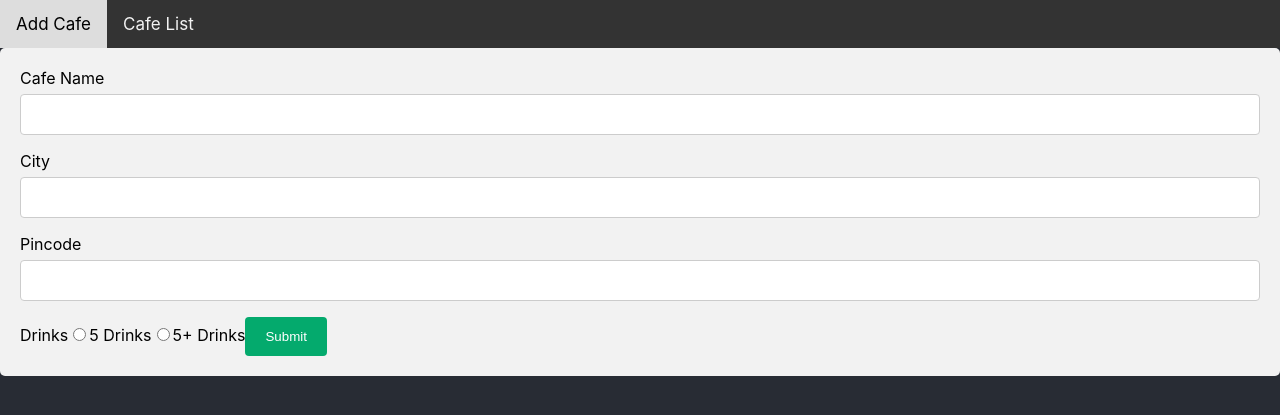
Repository: Surojd/project-cafe
Page: /add-cafe
An editor plug-in stored every save of this project. The page is shown before and after the next save, followed by the edit.
The browser window is 1280 px wide. The pictures show the whole page.
The page's requests for data from a server got no answer. The project was rebuilt for these pictures with package versions that can differ from the ones it lists, and the page was loaded fresh each time. No one was signed in, and anything a server would have sent is missing. Also part of the build but not shown: src/cafe/CafeList.js.

Above is the page before, as saved 2021-09-01 13:41:17.

After the next save:
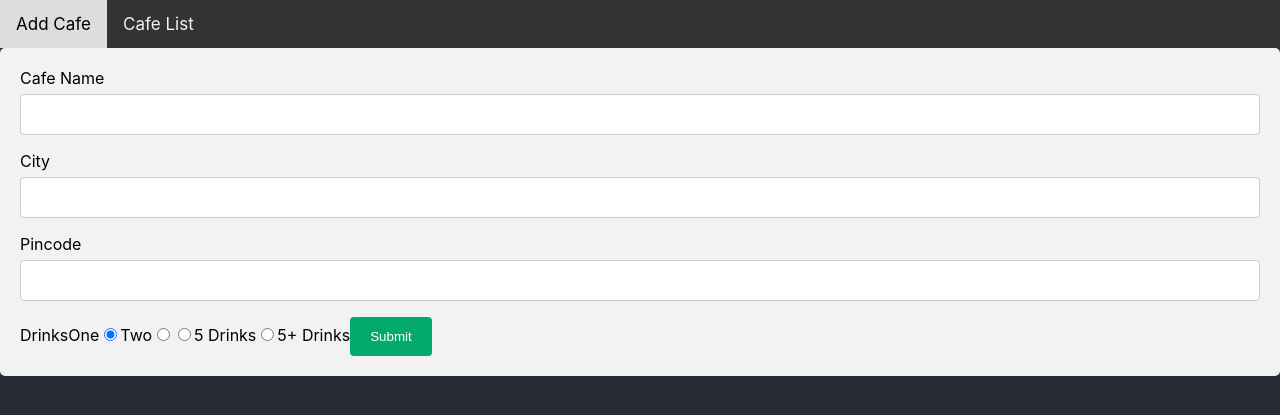
Saved 3 min 11 s later.
--- a/src/cafe/AddCafe.js
+++ b/src/cafe/AddCafe.js
@@ -67,6 +67,15 @@ export default function AddCafe() {
         <div>{formik.errors.pincode}</div>
       ) : null}
       <label>Drinks</label>
+      <label class="radio-label">One
+        <input type="radio" checked="checked" name="radio" />
+        <span class="checkmark"></span>
+      </label>
+      <label class="radio-label">Two
+        <input type="radio" name="radio" />
+        <span class="checkmark"></span>
+      </label>
+
       <input
         type='radio'
         {...formik.getFieldProps('drinks')}
